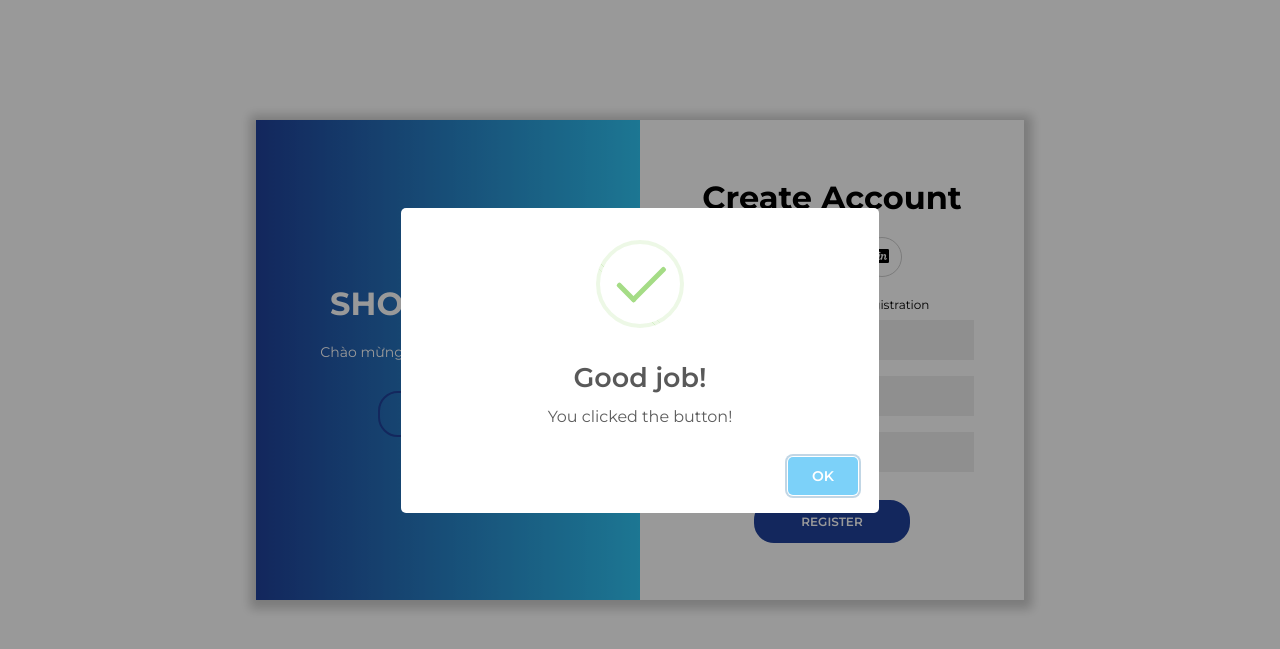
Repository: levananh202ht/Shoes-Store
Page: FondEnd/Styles/Register.html
The author's editor kept a copy of each file at every save. The page is drawn from the files as they stood at one save, then again after the next save.
The browser window is 1280 px wide. The pictures show the whole page.
Empty fields were first filled with sample values (such as "Sample", 5 or name@example.com).
After loading, the first visible `.container_from > button` was clicked once.

Above is the page before, as saved 2023-12-27 08:26:01.

### FondEnd/Styles/Register.html
<!DOCTYPE html>
<html lang="en">
<head>
    <meta charset="UTF-8">
    <meta name="viewport" content="width=device-width, initial-scale=1.0">
    <link rel="stylesheet" href="https://cdnjs.cloudflare.com/ajax/libs/font-awesome/6.5.1/css/all.min.css" integrity="sha512-DTOQO9RWCH3ppGqcWaEA1BIZOC6xxalwEsw9c2QQeAIftl+Vegovlnee1c9QX4TctnWMn13TZye+giMm8e2LwA==" crossorigin="anonymous" referrerpolicy="no-referrer" />
    <link rel="stylesheet" href="/FondEnd/css/Register.css">
    <title>Document</title>
</head>
<body>
    <div class="container">

        <div class="container_title">
            <h1>SHOES STORE</h1>
            <p>Chào mừng bạn đến với Shoes Store</p>
            <button><a href="./login.html">LOGIN</a></button>
        </div>

        <div class="container_from">

            <h1>Create Account</h1>
            <ul>
                <li>
                    <a href="https://www.facebook.com/"><i class="fa-brands fa-facebook"></i></a>
                </li>
                <li>
                    <a href="https://www.google.com.vn/"><i class="fa-brands fa-google-plus-g"></i></a>
                </li>
                <li>
                    <a href=""><i class="fa-brands fa-invision"></i></a>
                </li>
            </ul>
            <p class="container_from-title1">or use your email for registration</p>
            <input type="text" placeholder="Name">
            <input type="text" placeholder="Email">
            <input type="password" placeholder="Password">
            <p class="container_from-title2">ALREADY HAVE AN ACCOUNT ?
                <a href="login.html">LOGIN</a>
            </p>
            <button>REGISTER</button>

        </div>

    </div>
    <script src="/FondEnd/js/Register.js"></script>
    <script src="https://cdnjs.cloudflare.com/ajax/libs/sweetalert/2.1.2/sweetalert.min.js" integrity="sha512-AA1Bzp5Q0K1KanKKmvN/4d3IRKVlv9PYgwFPvm32nPO6QS8yH1HO7LbgB1pgiOxPtfeg5zEn2ba64MUcqJx6CA==" crossorigin="anonymous" referrerpolicy="no-referrer"></script>

</body>
</html>

### FondEnd/css/Register.css
@import url('https://fonts.googleapis.com/css2?family=Montserrat:ital,wght@0,200;0,300;0,400;0,500;0,600;0,700;1,200;1,300;1,400;1,500;1,600;1,700&display=swap');


* {
    margin: 0;
    padding: 0;
    box-sizing: border-box;
    font-family: 'Montserrat', sans-serif;
}
body{
    display: flex;
    height: 100vh;
    align-items: center;
    justify-content: center;
}
.container {
    display: flex;
    width: 768px;
    height: 480px;
    background: #fff;
    box-shadow:1px 2px 10px 7px #ccc  ;
}
.container .container_title {
    background: linear-gradient(to right, #1f409a, #2fc5f4);
    width: 50%;
    color: #fff;
    display: flex;
    flex-direction: column;
    align-items: center;
    justify-content: center;
}
.container .container_title h1 {
    font-size: 32px;
    font-weight: 700;
}
.container .container_title p {
    margin: 20px 0 30px;
    font-size: 14px;
    font-weight: 400;
}
.container .container_title button {
    border-radius: 20px;
    border: 2px solid #1f409a;
    padding: 12px 45px;
    background-color: transparent;
}
.container .container_title button:hover{
    background-color: #1f409a;
    border-color: transparent;
}
.container .container_title button a {
    font-size: 14px;
    text-decoration: none;
    color: #fff;
    font-weight: 600;
}
.container .container_from{
    width: 50%;
    padding: 0 50px;
    display: flex;
    flex-direction: column;
    align-items: center;
    justify-content: center;
    background-color: #FFFFFF;
}
.container .container_from h1 {
    font-size: 32px;
    text-align: center;
    font-weight: 700;
}
.container .container_from ul {
    display: flex;
    list-style: none;
    margin: 20px 0;
}
.container .container_from ul li {
    border-radius: 50%;
    border: 1px solid #ccc;
    display: inline-flex;
    justify-content: center;
    align-items: center;
    margin: 0 5px;
    height: 40px;
    width: 40px;
}
.container .container_from ul li a i {
    color: #000;
}
.container .container_from .container_from-title1 {
    font-size: 12px;
    color: #000;
}
.container .container_from .container_from-title2,
.container .container_from .container_from-title2  a {
    font-size: 10px;
    margin-top: 10px;
    font-weight: 400;
    color: #000;
    display: none;
}
.container .container_from .container_from-title2  a {
    color: #1f409a;
    text-decoration: none;
    font-weight: 700;

}
.container .container_from input {
    background-color: #eee;
    border: none;
    padding: 12px 15px;
    width: 100%;
    margin: 8px 0;
}
.container .container_from  button {
    margin-top: 20px;
    padding: 12px 45px;
    border-radius: 20px;
    border:  2px solid #1f409a;
    font-size: 12px;
    font-weight: 600;
    color: #fff;
    background-color: #1f409a;
}
.container .container_from  button:hover {
    color: #000;
    background-color: #fff;
}
/* responsive */
@media screen and (max-width: 768px) {

    /* Register */
    .container {
        width: 90%;
        padding: 30px 0;
    }
    .container .container_title {
        display: none;
    }
    .container .container_from {
        width: 100%;
    }
    .container .container_from .container_from-title2,
    .container .container_from .container_from-title2  a {
        display: inline;
    }
}

### FondEnd/js/Register.js


const inputName = document.querySelectorAll("input")[0]
const inputEmail = document.querySelectorAll("input")[1]
const inputPassword = document.querySelectorAll("input")[2]

const button = document.querySelector(".container_from button")

button.addEventListener("click", function(event){
    event.preventDefault()

    const userRegister = {
        name: inputName.value,
        email: inputEmail.value,
        password: inputPassword.value
    }

    // if(inputName.value == "" || inputEmail.value == "" || inputPassword.value == ""){
    //     alert("Please enter complete infomation")
    // }else{
    //     async function postData (urlApi = "", data = {}){

    //         const config = {
    //             method: "POST",
    //             headers: {"Content-Type" : "application/json"},
    //             body: JSON.stringify(data)
    //         }
    //         const reponse = await fetch(urlApi, config)

    //         return reponse.json()

    //     }


    //     const res = postData("https://6589b1f9324d417152595ddd.mockapi.io/api/products", userRegister)

    //     res.then(data => {
    //         localStorage.setItem("userRegister", JSON.stringify(data))
    //     })
    //     window.location.href = "login.html"
    // }
    swal({
        title: "Good job!",
        text: "You clicked the button!",
        icon: "success"
    });


})

After the next save:
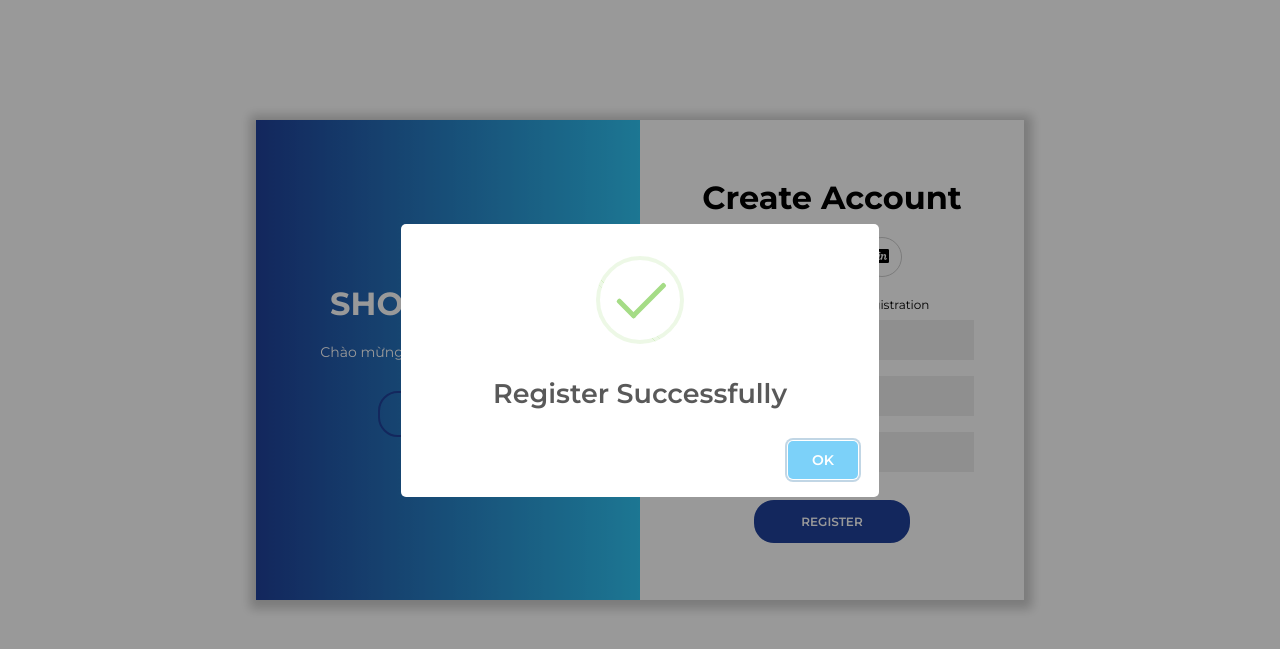
Saved 104 s later.
--- a/FondEnd/js/Register.js
+++ b/FondEnd/js/Register.js
@@ -40,8 +40,7 @@
     //     window.location.href = "login.html"
     // }
     swal({
-        title: "Good job!",
-        text: "You clicked the button!",
+        title: "Register Successfully",
         icon: "success"
     });
 
